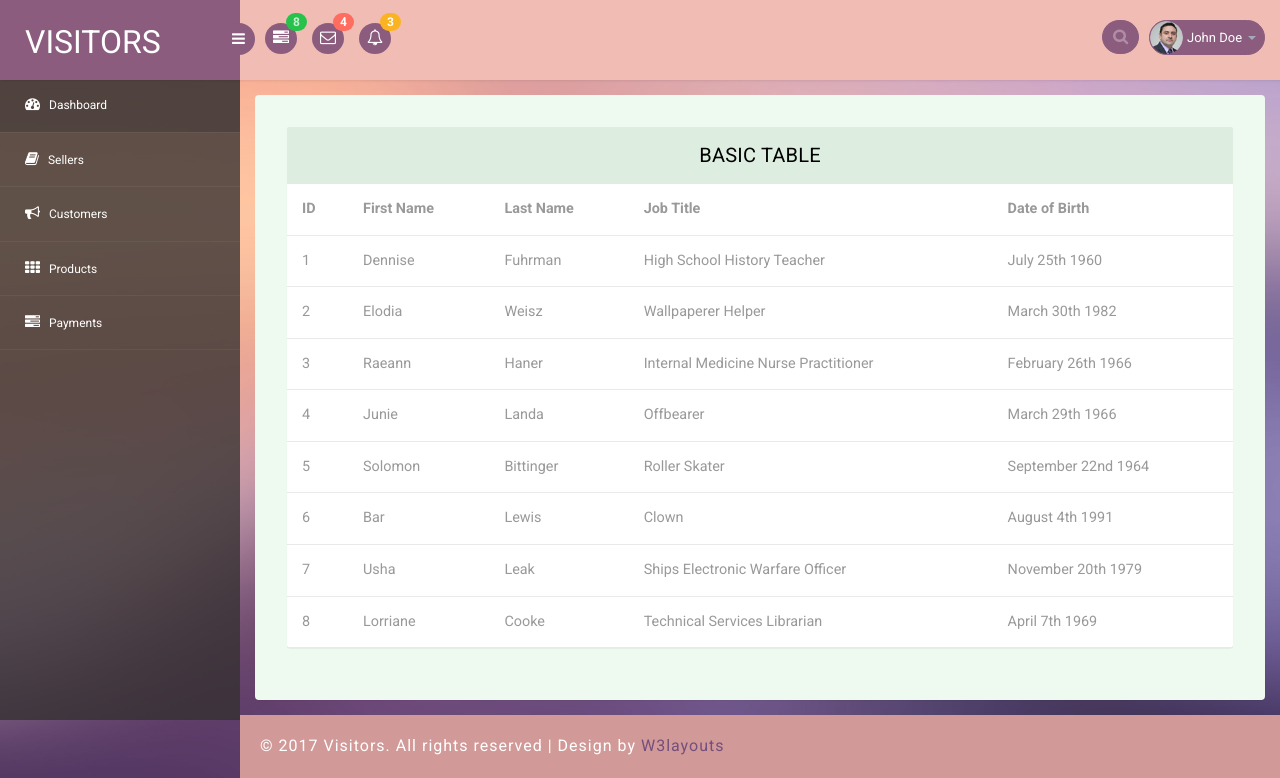
Repository: 72-faisal/Doctor_Finder
Page: http://localhost/Khajina_Doctor/admin_patient_list.jsp
An editor plug-in stored every save of this project. The page is shown before and after the next save, followed by the edit.
The browser window is 1280 px wide. The pictures show the whole page.
The page is served by Tomcat 9. Other server files are loaded and not shown. Queries for data that is not in the repository find no rows.

Above is the page before, as saved 2023-05-07 05:02:27.

### Khajina_Doctor/src/main/webapp/admin_patient_list.jsp
<%@ page language="java" contentType="text/html; charset=UTF-8"
    pageEncoding="UTF-8"%>
<!--A Design by W3layouts
Author: W3layout
Author URL: http://w3layouts.com
License: Creative Commons Attribution 3.0 Unported
License URL: http://creativecommons.org/licenses/by/3.0/
-->
<!DOCTYPE html>
<head>
<title>Visitors an Admin Panel Category Bootstrap Responsive Website Template | Responsive_table :: w3layouts</title>
<meta name="viewport" content="width=device-width, initial-scale=1">
<meta http-equiv="Content-Type" content="text/html; charset=utf-8" />
<meta name="keywords" content="Visitors Responsive web template, Bootstrap Web Templates, Flat Web Templates, Android Compatible web template,
Smartphone Compatible web template, free webdesigns for Nokia, Samsung, LG, SonyEricsson, Motorola web design" />
<script type="application/x-javascript"> addEventListener("load", function() { setTimeout(hideURLbar, 0); }, false); function hideURLbar(){ window.scrollTo(0,1); } </script>
<!-- bootstrap-css -->
<link rel="stylesheet" href="admin/css/bootstrap.min.css" >
<!-- //bootstrap-css -->
<!-- Custom CSS -->
<link href="admin/css/style.css" rel='stylesheet' type='text/css' />
<link href="admin/css/style-responsive.css" rel="stylesheet"/>
<!-- font CSS -->
<link href='//fonts.googleapis.com/css?family=Roboto:400,100,100italic,300,300italic,400italic,500,500italic,700,700italic,900,900italic' rel='stylesheet' type='text/css'>
<!-- font-awesome icons -->
<link rel="stylesheet" href="admin/css/font.css" type="text/css"/>
<link href="admin/css/font-awesome.css" rel="stylesheet">
<!-- //font-awesome icons -->
<script src="admin/js/jquery2.0.3.min.js"></script>
</head>
<body>
<section id="container">
<!--header start-->
<header class="header fixed-top clearfix">
<!--logo start-->
<div class="brand">

    <a href="index.html" class="logo">
        VISITORS
    </a>
    <div class="sidebar-toggle-box">
        <div class="fa fa-bars"></div>
    </div>
</div>
<!--logo end-->

<div class="nav notify-row" id="top_menu">
    <!--  notification start -->
    <ul class="nav top-menu">
        <!-- settings start -->
        <li class="dropdown">
            <a data-toggle="dropdown" class="dropdown-toggle" href="#">
                <i class="fa fa-tasks"></i>
                <span class="badge bg-success">8</span>
            </a>
            <ul class="dropdown-menu extended tasks-bar">
                <li>
                    <p class="">You have 8 pending tasks</p>
                </li>
                <li>
                    <a href="#">
                        <div class="task-info clearfix">
                            <div class="desc pull-left">
                                <h5>Target Sell</h5>
                                <p>25% , Deadline  12 June’13</p>
                            </div>
                                    <span class="notification-pie-chart pull-right" data-percent="45">
                            <span class="percent"></span>
                            </span>
                        </div>
                    </a>
                </li>
                <li>
                    <a href="#">
                        <div class="task-info clearfix">
                            <div class="desc pull-left">
                                <h5>Product Delivery</h5>
                                <p>45% , Deadline  12 June’13</p>
                            </div>
                                    <span class="notification-pie-chart pull-right" data-percent="78">
                            <span class="percent"></span>
                            </span>
                        </div>
                    </a>
                </li>
                <li>
                    <a href="#">
                        <div class="task-info clearfix">
                            <div class="desc pull-left">
                                <h5>Payment collection</h5>
                                <p>87% , Deadline  12 June’13</p>
                            </div>
                                    <span class="notification-pie-chart pull-right" data-percent="60">
                            <span class="percent"></span>
                            </span>
                        </div>
                    </a>
                </li>
                <li>
                    <a href="#">
                        <div class="task-info clearfix">
                            <div class="desc pull-left">
                                <h5>Target Sell</h5>
                                <p>33% , Deadline  12 June’13</p>
                            </div>
                                    <span class="notification-pie-chart pull-right" data-percent="90">
                            <span class="percent"></span>
                            </span>
                        </div>
                    </a>
                </li>

                <li class="external">
                    <a href="#">See All Tasks</a>
                </li>
            </ul>
        </li>
        <!-- settings end -->
        <!-- inbox dropdown start-->
        <li id="header_inbox_bar" class="dropdown">
            <a data-toggle="dropdown" class="dropdown-toggle" href="#">
                <i class="fa fa-envelope-o"></i>
                <span class="badge bg-important">4</span>
            </a>
            <ul class="dropdown-menu extended inbox">
                <li>
                    <p class="red">You have 4 Mails</p>
                </li>
                <li>
                    <a href="#">
                        <span class="photo"><img alt="avatar" src="images/3.png"></span>
                                <span class="subject">
                                <span class="from">Jonathan Smith</span>
                                <span class="time">Just now</span>
                                </span>
                                <span class="message">
                                    Hello, this is an example msg.
                                </span>
                    </a>
                </li>
                <li>
                    <a href="#">
                        <span class="photo"><img alt="avatar" src="images/1.png"></span>
                                <span class="subject">
                                <span class="from">Jane Doe</span>
                                <span class="time">2 min ago</span>
                                </span>
                                <span class="message">
                                    Nice admin template
                                </span>
                    </a>
                </li>
                <li>
                    <a href="#">
                        <span class="photo"><img alt="avatar" src="images/3.png"></span>
                                <span class="subject">
                                <span class="from">Tasi sam</span>
                                <span class="time">2 days ago</span>
                                </span>
                                <span class="message">
                                    This is an example msg.
                                </span>
                    </a>
                </li>
                <li>
                    <a href="#">
                        <span class="photo"><img alt="avatar" src="images/2.png"></span>
                                <span class="subject">
                                <span class="from">Mr. Perfect</span>
                                <span class="time">2 hour ago</span>
                                </span>
                                <span class="message">
                                    Hi there, its a test
                                </span>
                    </a>
                </li>
                <li>
                    <a href="#">See all messages</a>
                </li>
            </ul>
        </li>
        <!-- inbox dropdown end -->
        <!-- notification dropdown start-->
        <li id="header_notification_bar" class="dropdown">
            <a data-toggle="dropdown" class="dropdown-toggle" href="#">

                <i class="fa fa-bell-o"></i>
                <span class="badge bg-warning">3</span>
            </a>
            <ul class="dropdown-menu extended notification">
                <li>
                    <p>Notifications</p>
                </li>
                <li>
                    <div class="alert alert-info clearfix">
                        <span class="alert-icon"><i class="fa fa-bolt"></i></span>
                        <div class="noti-info">
                            <a href="#"> Server #1 overloaded.</a>
                        </div>
                    </div>
                </li>
                <li>
                    <div class="alert alert-danger clearfix">
                        <span class="alert-icon"><i class="fa fa-bolt"></i></span>
                        <div class="noti-info">
                            <a href="#"> Server #2 overloaded.</a>
                        </div>
                    </div>
                </li>
                <li>
                    <div class="alert alert-success clearfix">
                        <span class="alert-icon"><i class="fa fa-bolt"></i></span>
                        <div class="noti-info">
                            <a href="#"> Server #3 overloaded.</a>
                        </div>
                    </div>
                </li>

            </ul>
        </li>
        <!-- notification dropdown end -->
    </ul>
    <!--  notification end -->
</div>
<div class="top-nav clearfix">
    <!--search & user info start-->
    <ul class="nav pull-right top-menu">
        <li>
            <input type="text" class="form-control search" placeholder=" Search">
        </li>
        <!-- user login dropdown start-->
        <li class="dropdown">
            <a data-toggle="dropdown" class="dropdown-toggle" href="#">
                <img alt="" src="images/2.png">
                <span class="username">John Doe</span>
                <b class="caret"></b>
            </a>
            <ul class="dropdown-menu extended logout">
                <li><a href="#"><i class=" fa fa-suitcase"></i>Profile</a></li>
                <li><a href="#"><i class="fa fa-cog"></i> Settings</a></li>
                <li><a href="login.html"><i class="fa fa-key"></i> Log Out</a></li>
            </ul>
        </li>
        <!-- user login dropdown end -->

    </ul>
    <!--search & user info end-->
</div>
</header>
<!--header end-->
<!--sidebar start-->
<aside>
    <div id="sidebar" class="nav-collapse">
        <!-- sidebar menu start-->
        <div class="leftside-navigation">
            <ul class="sidebar-menu" id="nav-accordion">
                <li>
                    <a class="active" href="admin-home.jsp">
                        <i class="fa fa-dashboard"></i>
                        <span>Dashboard</span>
                    </a>
                </li>

                <li class="sub-menu">
                    <a href="admin-seller-list.jsp">
                        <i class="fa fa-book"></i>
                        <span>Sellers</span>
                    </a>
                </li>
                <li>
                    <a href="admin-customer-list.jsp">
                        <i class="fa fa-bullhorn"></i>
                        <span>Customers</span>
                    </a>
                </li>
                <li class="sub-menu">
                    <a href="admin-product-list.jsp">
                        <i class="fa fa-th"></i>
                        <span>Products</span>
                    </a>
                </li>
                <li class="sub-menu">
                    <a href="all-payments.jsp">
                        <i class="fa fa-tasks"></i>
                        <span>Payments</span>
                    </a>
                </li>

            </ul>            </div>
        <!-- sidebar menu end-->
    </div>
</aside>
<!--sidebar end-->
<!--main content start-->
<section id="main-content">
	<section class="wrapper">
		<div class="table-agile-info">
 <div class="panel panel-default">
    <div class="panel-heading">
     Basic table
    </div>
    <div>
      <table class="table" ui-jq="footable" ui-options='{
        "paging": {
          "enabled": true
        },
        "filtering": {
          "enabled": true
        },
        "sorting": {
          "enabled": true
        }}'>
        <thead>
          <tr>
            <th data-breakpoints="xs">ID</th>
            <th>First Name</th>
            <th>Last Name</th>
            <th data-breakpoints="xs">Job Title</th>

            <th data-breakpoints="xs sm md" data-title="DOB">Date of Birth</th>
          </tr>
        </thead>
        <tbody>
          <tr data-expanded="true">
            <td>1</td>
            <td>Dennise</td>
            <td>Fuhrman</td>
            <td>High School History Teacher</td>

            <td>July 25th 1960</td>
          </tr>
          <tr>
            <td>2</td>
            <td>Elodia</td>
            <td>Weisz</td>
            <td>Wallpaperer Helper</td>

            <td>March 30th 1982</td>
          </tr>
          <tr>
            <td>3</td>
            <td>Raeann</td>
            <td>Haner</td>
            <td>Internal Medicine Nurse Practitioner</td>

            <td>February 26th 1966</td>
          </tr>
          <tr>
            <td>4</td>
            <td>Junie</td>
            <td>Landa</td>
            <td>Offbearer</td>

            <td>March 29th 1966</td>
          </tr>
          <tr>
            <td>5</td>
            <td>Solomon</td>
            <td>Bittinger</td>
            <td>Roller Skater</td>

            <td>September 22nd 1964</td>
          </tr>
          <tr>
            <td>6</td>
            <td>Bar</td>
            <td>Lewis</td>
            <td>Clown</td>

            <td>August 4th 1991</td>
          </tr>
          <tr>
            <td>7</td>
            <td>Usha</td>
            <td>Leak</td>
            <td>Ships Electronic Warfare Officer</td>

            <td>November 20th 1979</td>
          </tr>
          <tr>
            <td>8</td>
            <td>Lorriane</td>
            <td>Cooke</td>
            <td>Technical Services Librarian</td>

            <td>April 7th 1969</td>
          </tr>
        </tbody>
      </table>
    </div>
  </div>
</div>
</section>
 <!-- footer -->
		  <div class="footer">
			<div class="wthree-copyright">
			  <p>© 2017 Visitors. All rights reserved | Design by <a href="http://w3layouts.com">W3layouts</a></p>
			</div>
		  </div>
  <!-- / footer -->
</section>

<!--main content end-->
</section>
<script src="admin/js/bootstrap.js"></script>
<script src="admin/js/jquery.dcjqaccordion.2.7.js"></script>
<script src="admin/js/scripts.js"></script>
<script src="admin/js/jquery.slimscroll.js"></script>
<script src="admin/js/jquery.nicescroll.js"></script>
<!--[if lte IE 8]><script language="javascript" type="text/javascript" src="js/flot-chart/excanvas.min.js"></script><![endif]-->
<script src="admin/js/jquery.scrollTo.js"></script>
</body>
</html>

### Khajina_Doctor/src/main/java/dao/Patientdao.java
package dao;

import java.sql.Connection;
import java.sql.PreparedStatement;
import java.sql.ResultSet;
import java.sql.SQLException;

import connection.Dbconnection;
import model.Patientdata;

public class Patientdao {

	public static void insertpatient(Patientdata p) {
		try {
			Connection conn = Dbconnection.getconnection();
			String sql="insert into Patientdata(name,email,password,address,contact) values(?,?,?,?,?)";
			PreparedStatement pst = conn.prepareStatement(sql);
			pst.setString(1, p.getName());
			pst.setString(2, p.getEmail());
			pst.setString(3, p.getPassword());
			pst.setString(4, p.getAddress());
			pst.setLong(5,p.getContact());
			pst.executeUpdate();
			System.out.println("data inserted");
		} catch (Exception e) {
			e.printStackTrace();
		}
	}
	public static Patientdata patientLogin(Patientdata p) {
		Patientdata p1 = null;
		try {
			Connection conn = Dbconnection.getconnection();
			String sql="select * from Patientdata where email=? and password=?";
			PreparedStatement pst = conn.prepareStatement(sql);
			pst.setString(1, p.getEmail());
			pst.setString(2, p.getPassword());
			ResultSet rs = pst.executeQuery();
			if(rs.next()) {
				p1 = new Patientdata();
				p1.setId(rs.getInt("id"));
				p1.setName(rs.getString("name"));
				p1.setContact(rs.getLong("contact"));
				p1.setAddress(rs.getString("address"));
				p1.setEmail(rs.getString("email"));
				p1.setPassword(rs.getString("password"));
			}
		} catch (Exception e) {
			e.printStackTrace();
		}
		return p1;


	}
	public static void updateProfile(Patientdata p) {
		try {
			Connection con = Dbconnection.getconnection();
			String sql="update Patientdata set name=?,email=?,address=?,contact=? where id=?";
			PreparedStatement pst = con.prepareStatement(sql);
			pst.setString(1, p.getName());
			pst.setString(2, p.getEmail());
			pst.setString(3, p.getAddress());
			pst.setLong(4,p.getContact());
			pst.setInt(5, p.getId());
			pst.executeUpdate();
			System.out.println("profile updated");
		} catch (Exception e) {
			e.printStackTrace();
		}

	}
	public static boolean checkEmail(String email) {
		boolean flag = false;
		try {
			Connection conn = Dbconnection.getconnection();
			String sql = "select * from Patientdata where email=?";
			PreparedStatement pst = conn.prepareStatement(sql);
			pst.setNString(1, email);
			ResultSet rs = pst.executeQuery();
			if(rs.next()) {
				flag = true;
			}
		} catch (Exception e) {
			e.printStackTrace();
		}
		return flag;
	}
	public static boolean checkOldPassword(String op,int id) {
		boolean flag = false;
		try {
			Connection con = Dbconnection.getconnection();
			String sql="select * from Patientdata where password=? and id=?";
			PreparedStatement pst = con.prepareStatement(sql);
			pst.setString(1, op);
			pst.setInt(2, id);
			ResultSet rs = pst.executeQuery();
			if(rs.next()) {
				flag = true;
			}
		} catch (Exception e) {
			e.printStackTrace();
		}
		return flag;
	}
	public static void updatePassword(String np,int id) {
		try {
			Connection con = Dbconnection.getconnection();
			String sql="update Patientdata set password=? where id=?";
			PreparedStatement pst = con.prepareStatement(sql);
			pst.setString(1, np);
			pst.setInt(2, id);
			pst.executeUpdate();
			System.out.println("password changed");
		} catch (Exception e) {
			e.printStackTrace();
		}
	}
	public static void updatePassword(String email,String np) {
		try {
			Connection con = Dbconnection.getconnection();
			String sql="update Patientdata set password=? where email=?";
			PreparedStatement pst = con.prepareStatement(sql);
			pst.setString(1, np);
			pst.setString(2, email);
			pst.executeUpdate();
			System.out.println("data updated");
		} catch (Exception e) {
			e.printStackTrace();
		}
	}
//	now for all patient for Admin side to show all patient 😊😊😊

}

### Khajina_Doctor/src/main/java/connection/Dbconnection.java
package connection;

import java.sql.Connection;
import java.sql.DriverManager;

public class Dbconnection {
	public static Connection getconnection() {
		Connection con=null;
		try {
			Class.forName("com.mysql.cj.jdbc.Driver");
			con=DriverManager.getConnection("jdbc:mysql://localhost:3306/dockhajina", "root", "");

		} catch (Exception e) {
			e.printStackTrace();
		}
		return con;
	}

}

Loaded but not shown: Khajina_Doctor/src/main/webapp/admin/css/bootstrap.min.css (library); Khajina_Doctor/src/main/webapp/admin/css/font.css (library); Khajina_Doctor/src/main/webapp/admin/css/font-awesome.css (library); Khajina_Doctor/src/main/webapp/admin/js/jquery2.0.3.min.js (library); Khajina_Doctor/src/main/webapp/admin/js/bootstrap.js (library); Khajina_Doctor/src/main/webapp/admin/js/jquery.dcjqaccordion.2.7.js (library); Khajina_Doctor/src/main/webapp/admin/js/jquery.slimscroll.js (library); Khajina_Doctor/src/main/webapp/admin/js/jquery.nicescroll.js (library); Khajina_Doctor/src/main/webapp/admin/js/jquery.scrollTo.js (library); Khajina_Doctor/src/main/webapp/admin/js/scripts.js (290 lines, source omitted); Khajina_Doctor/src/main/webapp/admin/css/style.css (3146 lines, source omitted); Khajina_Doctor/src/main/webapp/admin/css/style-responsive.css (331 lines, source omitted)

After the next save:
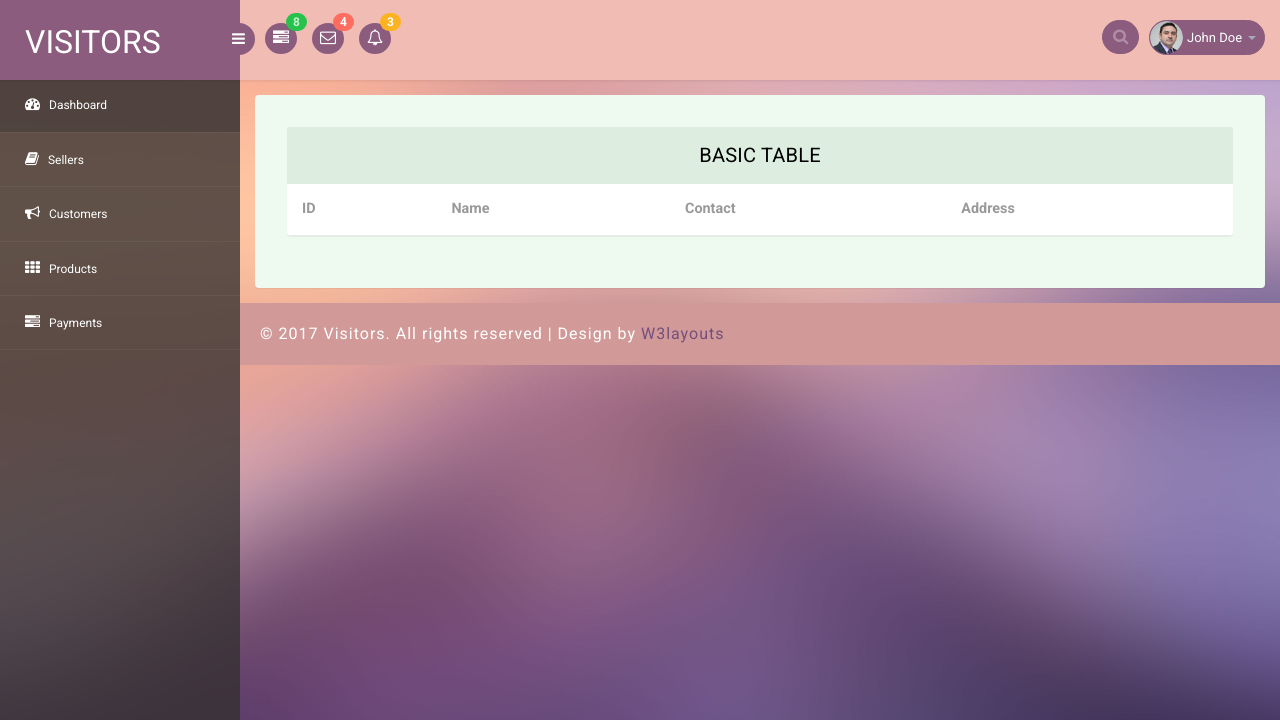
Saved 89 min 3 s later.
--- a/Khajina_Doctor/src/main/webapp/admin_patient_list.jsp
+++ b/Khajina_Doctor/src/main/webapp/admin_patient_list.jsp
@@ -1,3 +1,6 @@
+<%@page import="dao.Patientdao"%>
+<%@page import="model.Patientdata"%>
+<%@page import="java.util.List"%>
 <%@ page language="java" contentType="text/html; charset=UTF-8"
     pageEncoding="UTF-8"%>
 <!--A Design by W3layouts
@@ -313,78 +316,24 @@ Smartphone Compatible web template, free webdesigns for Nokia, Samsung, LG, Sony
         <thead>
           <tr>
             <th data-breakpoints="xs">ID</th>
-            <th>First Name</th>
-            <th>Last Name</th>
-            <th data-breakpoints="xs">Job Title</th>
-
-            <th data-breakpoints="xs sm md" data-title="DOB">Date of Birth</th>
+            <th>Name</th>
+            <th>Contact</th>
+            <th data-breakpoints="xs">Address</th>
+
           </tr>
         </thead>
         <tbody>
+         <%List<Patientdata> list=Patientdao.getallpatient();  %>
+		<%for(Patientdata p:list){ %>
           <tr data-expanded="true">
-            <td>1</td>
-            <td>Dennise</td>
-            <td>Fuhrman</td>
-            <td>High School History Teacher</td>
-
-            <td>July 25th 1960</td>
-          </tr>
-          <tr>
-            <td>2</td>
-            <td>Elodia</td>
-            <td>Weisz</td>
-            <td>Wallpaperer Helper</td>
-
-            <td>March 30th 1982</td>
-          </tr>
-          <tr>
-            <td>3</td>
-            <td>Raeann</td>
-            <td>Haner</td>
-            <td>Internal Medicine Nurse Practitioner</td>
-
-            <td>February 26th 1966</td>
-          </tr>
-          <tr>
-            <td>4</td>
-            <td>Junie</td>
-            <td>Landa</td>
-            <td>Offbearer</td>
-
-            <td>March 29th 1966</td>
-          </tr>
-          <tr>
-            <td>5</td>
-            <td>Solomon</td>
-            <td>Bittinger</td>
-            <td>Roller Skater</td>
-
-            <td>September 22nd 1964</td>
-          </tr>
-          <tr>
-            <td>6</td>
-            <td>Bar</td>
-            <td>Lewis</td>
-            <td>Clown</td>
-
-            <td>August 4th 1991</td>
-          </tr>
-          <tr>
-            <td>7</td>
-            <td>Usha</td>
-            <td>Leak</td>
-            <td>Ships Electronic Warfare Officer</td>
-
-            <td>November 20th 1979</td>
-          </tr>
-          <tr>
-            <td>8</td>
-            <td>Lorriane</td>
-            <td>Cooke</td>
-            <td>Technical Services Librarian</td>
-
-            <td>April 7th 1969</td>
-          </tr>
+            <td><%=p.getId() %></td>
+            <td><%=p.getName() %></td>
+            <td><%=p.getContact() %></td>
+            <td><%=p.getAddress() %></td>
+
+         </tr>
+
+          <%} %>
         </tbody>
       </table>
     </div>
--- a/Khajina_Doctor/src/main/java/dao/Patientdao.java
+++ b/Khajina_Doctor/src/main/java/dao/Patientdao.java
@@ -4,8 +4,11 @@ import java.sql.Connection;
 import java.sql.PreparedStatement;
 import java.sql.ResultSet;
 import java.sql.SQLException;
+import java.util.ArrayList;
+import java.util.List;
 
 import connection.Dbconnection;
+import model.Doctordata;
 import model.Patientdata;
 
 public class Patientdao {
@@ -128,5 +131,28 @@ public class Patientdao {
 		}
 	}
 //	now for all patient for Admin side to show all patient 😊😊😊
-
+	public static List<Patientdata> getallpatient() {
+		List<Patientdata> list = new ArrayList<Patientdata>();
+		try {
+			Connection con = Dbconnection.getconnection();
+			String sql = "select * from Patientdata ";
+			PreparedStatement pst = con.prepareStatement(sql);
+			ResultSet rs = pst.executeQuery();
+			while (rs.next()) {
+				Patientdata p = new Patientdata();
+				p = new Patientdata();
+				p = new Patientdata();
+				p.setId(rs.getInt("id"));
+				p.setName(rs.getString("name"));
+				p.setContact(rs.getLong("contact"));
+				p.setAddress(rs.getString("address"));
+				p.setEmail(rs.getString("email"));
+				p.setPassword(rs.getString("password"));
+				list.add(p);
+			}
+		} catch (Exception e) {
+			e.printStackTrace();
+		}
+		return list;
+	}
 }
